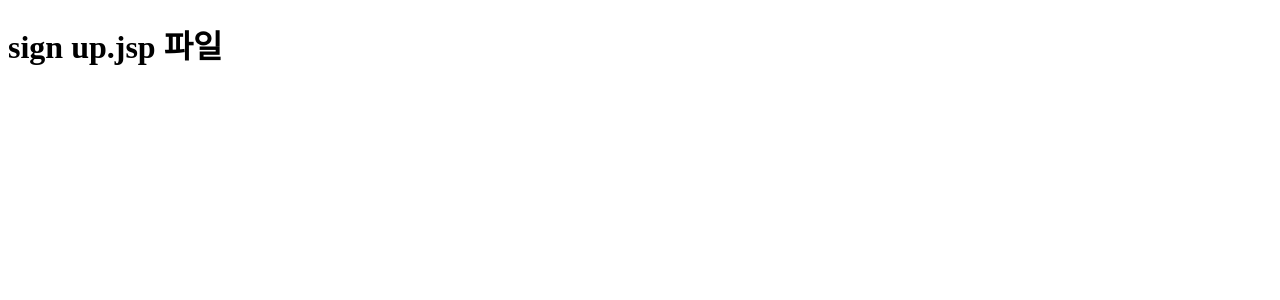
Repository: OhSeungMok/spring1
Page: http://localhost/ch07_pjt_02/signup
These files come from the project's save history. The page is drawn as it stood at one moment and after the next save; the edit follows.
The browser window is 1280 px wide. The pictures show the whole page.
The page is served by Tomcat 9. Other server files are loaded and not shown.

Above is the page before, as saved 2024-05-09 07:16:52.

### STSProject/ch07_pjt_02/src/main/webapp/WEB-INF/views/sign_up.jsp
<%@ page language="java" contentType="text/html; charset=UTF-8"
    pageEncoding="UTF-8"%>
<!DOCTYPE html>
<html>
<head>
<meta charset="UTF-8">
<title>sign_up.jsp 파일</title>
</head>
<body>
	<h1>sign up.jsp 파일</h1>
</body>
</html>

After the next save:
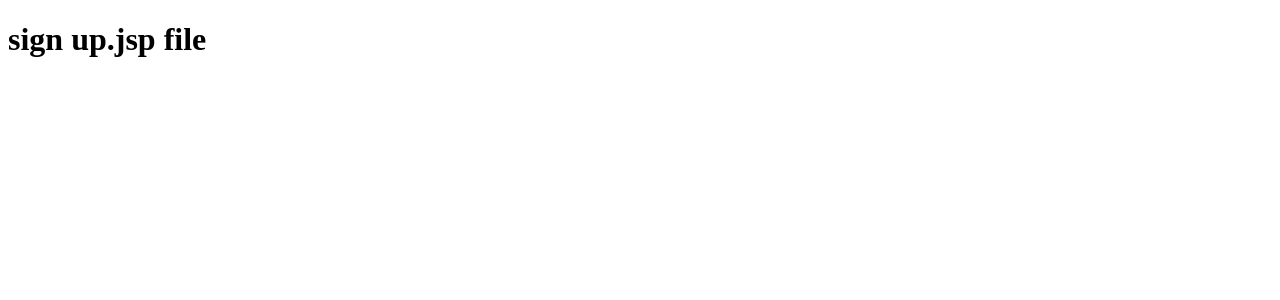
Saved 11 s later.
--- a/STSProject/ch07_pjt_02/src/main/webapp/WEB-INF/views/sign_up.jsp
+++ b/STSProject/ch07_pjt_02/src/main/webapp/WEB-INF/views/sign_up.jsp
@@ -7,6 +7,6 @@
 <title>sign_up.jsp 파일</title>
 </head>
 <body>
-	<h1>sign up.jsp 파일</h1>
+	<h1>sign up.jsp file</h1>
 </body>
 </html>
